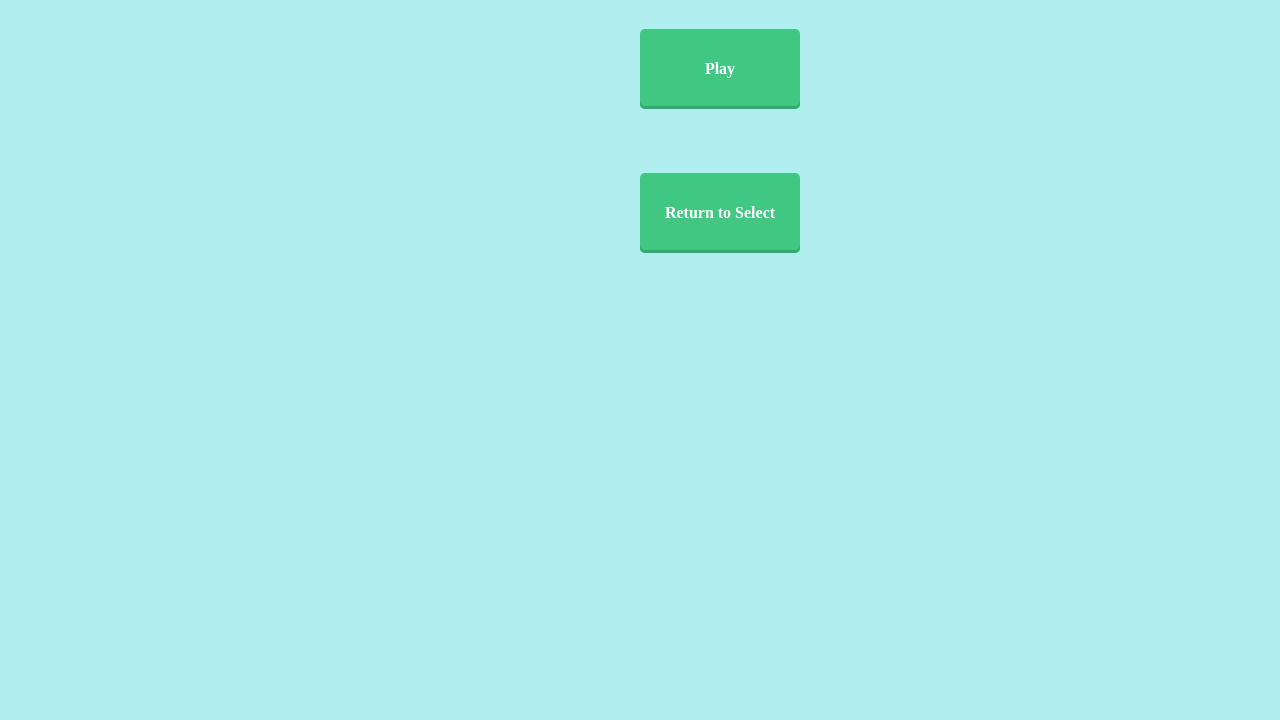
Repository: Artem-Brunov/msu_prac
Page: workspace/BasicUI/FastPlay.html
An editor plug-in stored every save of this project. The page is shown before and after the next save, followed by the edit.
The browser window is 1280 px wide. The pictures show the whole page.

Above is the page before, as saved 2017-11-20 02:25:31.

### workspace/BasicUI/FastPlay.html
<!DOCTYPE html>
<html>
<head>
    <meta charset="utf-8" />
    <meta name="viewport" content="width=device-width, initial-scale=1.0, maximum-scale=1.0">
    <meta name="description" content="Tizen Mobile Web Basic Template" />

    <title>Tizen Mobile Web Basic Application</title>

	<link rel="stylesheet" type="text/css" href="css/style.css" />
    <link rel="stylesheet" type="text/css" href="css/FastPlay.css" />
</head>
<body>
	<div class = "Play">
		<a href = "" class = "first_button">Play</a>
	</div>
	<div class = "Return">
		<a href = "index.html" class = "first_button">Return to Select</a>
	</div>
</body>
</html>

### workspace/BasicUI/css/style.css
html,
body {
    width: 100%;
    height: 100%;
    margin: 0 auto;
    padding: 0;
    background: PaleTurquoise;
 }
 .titl{

 	position: absolute;
 	left: 25.5%;
 	top: 10%;
 	color: Gray;
 }
 a.first_button {

	display: block;
	width: 160px;
	height: 80px;
  	line-height: 5em;
	border-radius: 5px;
 	background: rgb(64,199,129);
	box-shadow: 0 -3px rgb(53,167,110) inset;
	font-weight: 900;
  	color: white;
  	text-align: center;
  	text-decoration: none;
  	transition: 0.2s;
}
a.first_button:hover { background: rgb(53, 167, 110); }
a.first_button:active {
  background: rgb(33,147,90);
  box-shadow: 0 3px rgb(33,147,90) inset;
}
.New {
	position: absolute;
  	top: 47%;
  	left: 28%;

}
.Select {
	position: absolute;
  	top: 64%;
  	left: 28%;

}
.FastPlay {
	position: absolute;
  	top: 30%;
  	left: 28%;

}

### workspace/BasicUI/css/FastPlay.css
.Return {
	position: absolute;
  	top: 24%;
  	left:50%;

}
.Play {
	position: absolute;
  	top: 4%;
  	left: 50%;
}

### workspace/BasicUI/css/NewPlaylist.css
.Return {
	position: absolute;
  	top: 24%;
  	left:50%;

}
.Add {
	position: absolute;
  	top: 4%;
  	left: 50%;
}
.BBack{
	position: absolute;
  	top: 90%;
  	left: 7%;
}

After the next save:
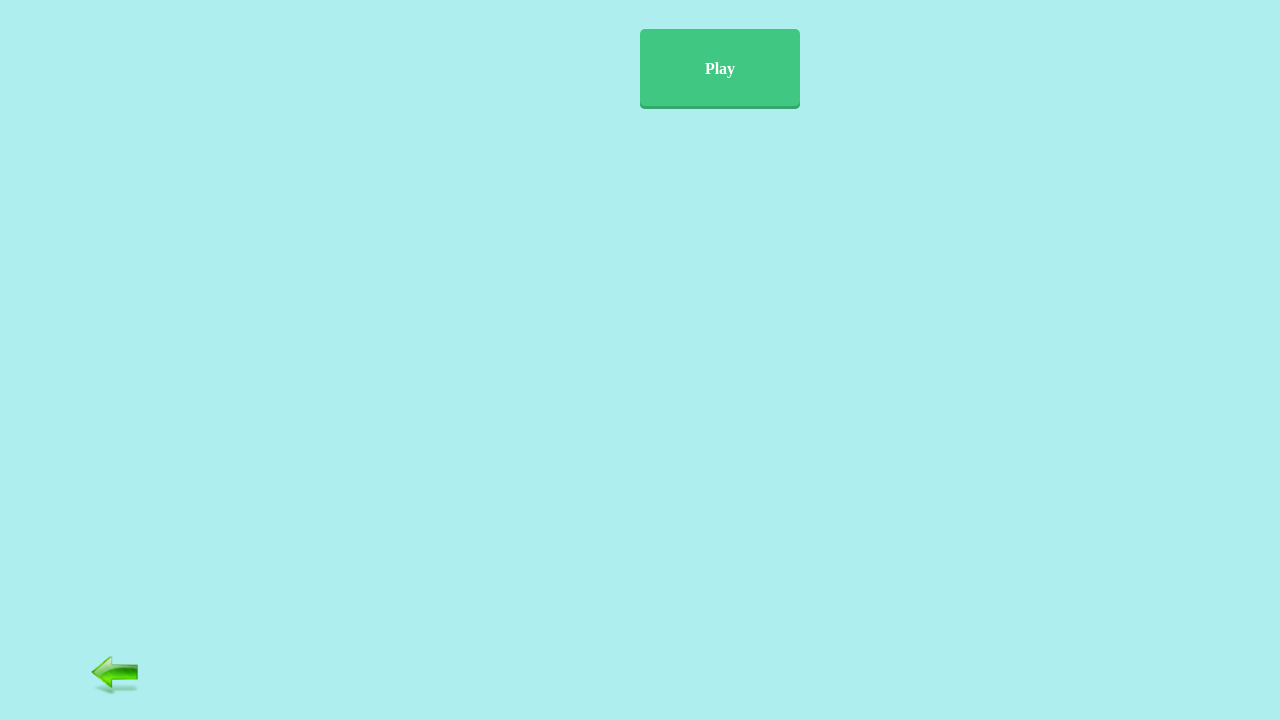
Saved 3 min 33 s later.
--- a/workspace/BasicUI/FastPlay.html
+++ b/workspace/BasicUI/FastPlay.html
@@ -8,14 +8,15 @@
     <title>Tizen Mobile Web Basic Application</title>
 
 	<link rel="stylesheet" type="text/css" href="css/style.css" />
-    <link rel="stylesheet" type="text/css" href="css/FastPlay.css" />
+    <link rel="stylesheet" type="text/css" href="css/NewPlaylist.css" />
 </head>
 <body>
-	<div class = "Play">
+	<div class = "Add">
 		<a href = "" class = "first_button">Play</a>
 	</div>
-	<div class = "Return">
-		<a href = "index.html" class = "first_button">Return to Select</a>
-	</div>
+	<div class = "BBack">
+			<a href = "index.html"><img src="images/Back.png" width="50"
+  height="50" alt="One step back"></a>
+		</div>
 </body>
 </html>
